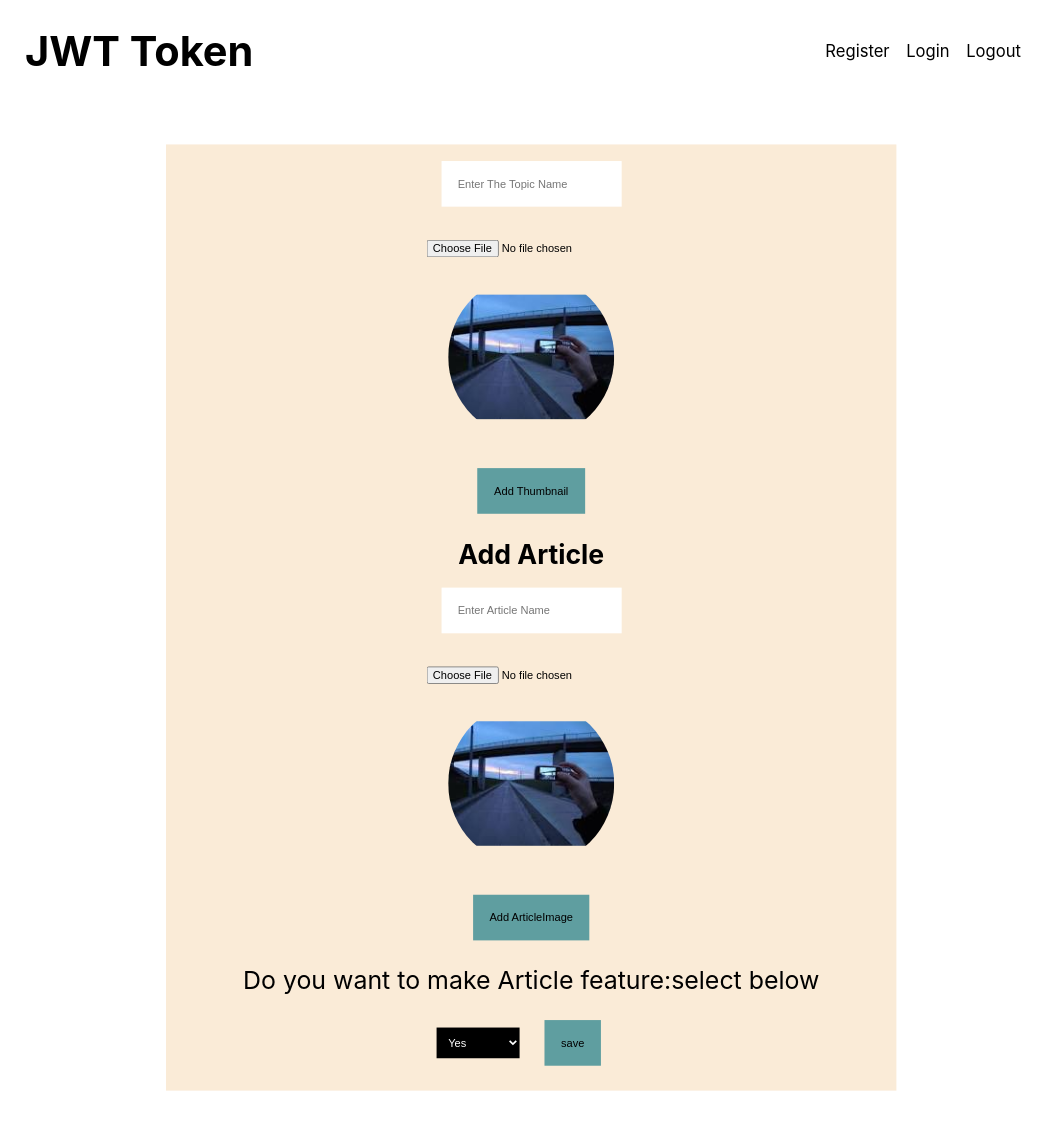
Repository: Prafullkuma/jwttoken
Page: /admin
An editor plug-in stored every save of this project. The page is shown before and after the next save, followed by the edit.
The browser window is 1280 px wide. The pictures show the whole page, at 83% of full size.
The project was rebuilt for these pictures with package versions that can differ from the ones it lists, and the page was loaded fresh each time. Also part of the build but not shown: src/App.css, src/component/Auth/Signup.js, src/component/Auth/Signin.js, src/component/User/User.js, src/component/Home/Home.js, src/component/Auth/Logout.js.

Above is the page before, as saved 2020-08-22 22:16:30.

After the next save:
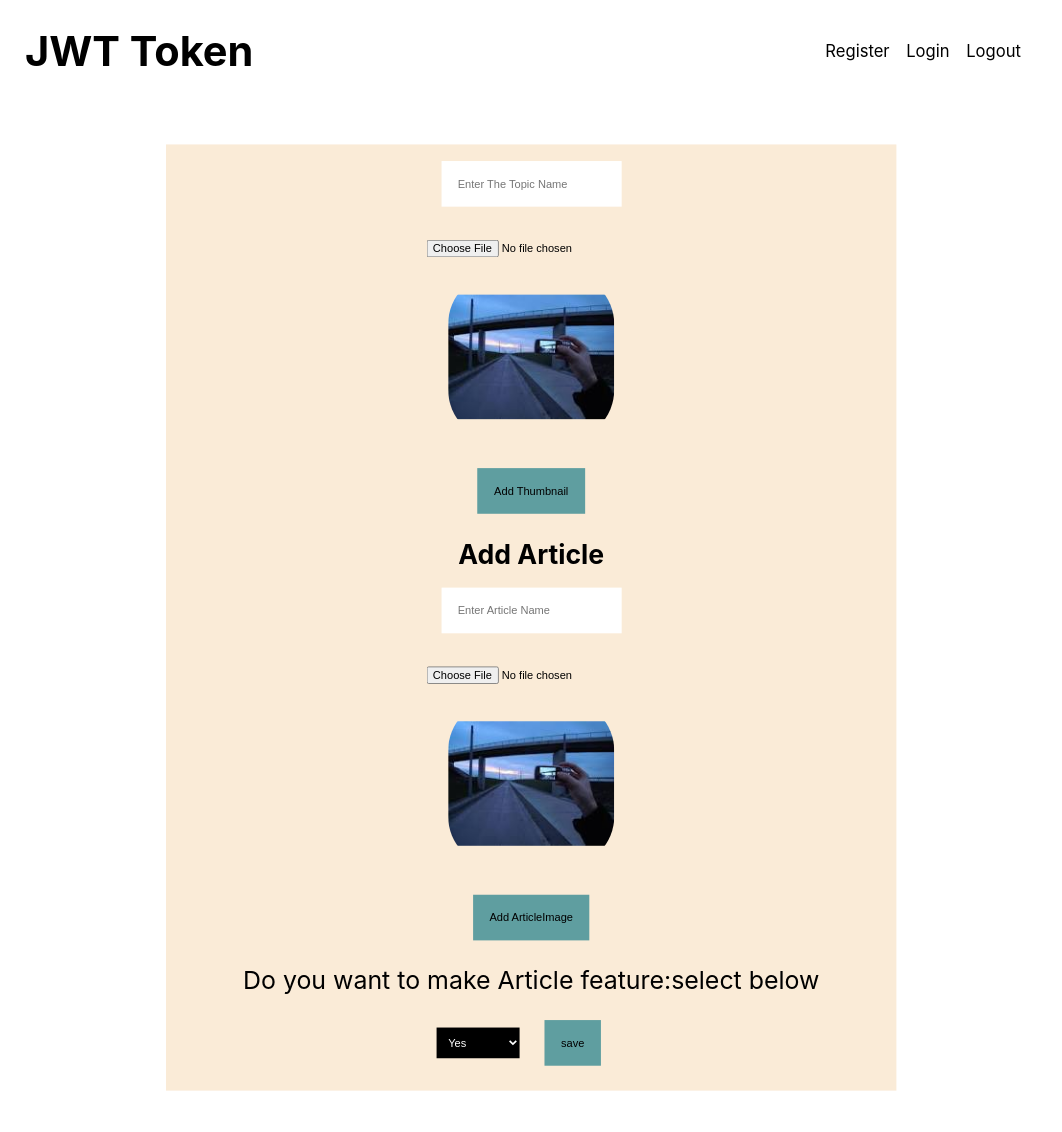
Saved 15 s later.
--- a/src/component/Admin/Dashboard.css
+++ b/src/component/Admin/Dashboard.css
@@ -25,7 +25,7 @@
     height: 200px;
     width: 200px;
     object-fit: contain;
-    border-radius: 100px;
+    border-radius: 60px;
 }
 .Dashboard select{
     padding: 10px;
